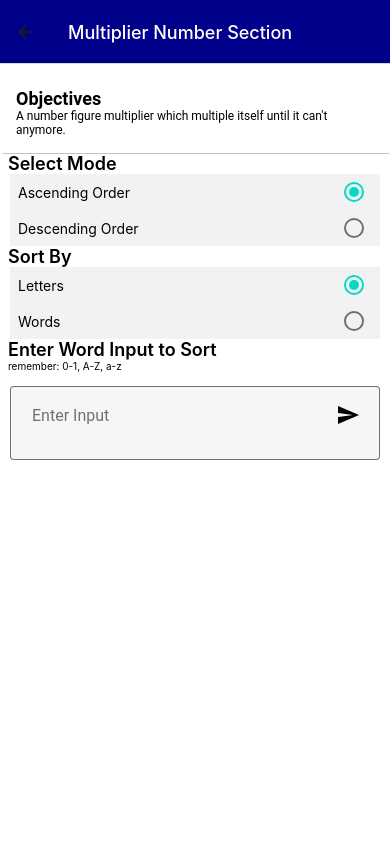
Repository: seyicoded/rn-crazy-algorithm-app
Screen: /Multiplier_number
The author's editor kept a copy of each file at every save. The screen is drawn from the files as they stood at one save, then again after the next save.
The app was drawn by React Native's web renderer in a window 390 px wide. The project was rebuilt for these pictures with package versions that can differ from the ones it lists, and the page was loaded fresh each time. Also part of the build but not shown: src/screens/sort.js, src/screens/filter.js, src/screens/advance.js, src/screens/sorts/Sort_simple_number.js, src/screens/sorts/Sort_alphabet.js, src/screens/filters/Filter_simple_number.js, src/screens/advance/Advance_number.js.

Above is the screen before, as saved 2022-03-30 23:03:21.

After the next save:
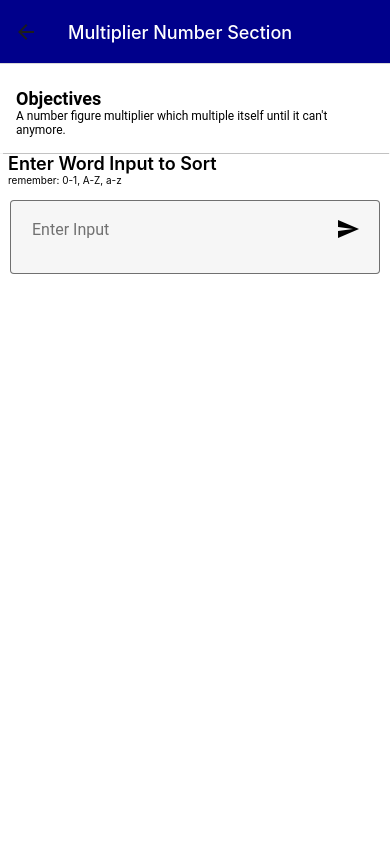
Saved 27 s later.
--- a/src/screens/advance/Multiplier_number.js
+++ b/src/screens/advance/Multiplier_number.js
@@ -88,48 +88,7 @@ export default function Multiplier_number() {
             </Banner>
 
             <Text />
-            <Text style={styles.title_element}>Select Mode</Text>
 
-            <RadioButton.Group onValueChange={newValue => setValue(newValue)} value={value}>
-                <TouchableOpacity onPress={()=>setValue('ascending')}>
-                    <View style={styles.radio}>
-                        <Text>Ascending Order</Text>
-                        <RadioButton value="ascending" />
-                    </View>
-                </TouchableOpacity>
-
-                <TouchableOpacity onPress={()=>setValue('descending')}>
-                    <View style={styles.radio}>
-                        <Text>Descending Order</Text>
-                        <RadioButton value="descending" />
-                    </View>
-                </TouchableOpacity>
-
-
-            </RadioButton.Group>
-
-            <Text />
-            <Text style={styles.title_element}>Sort By</Text>
-
-            <RadioButton.Group onValueChange={byWhat => setbyWhat(byWhat)} value={byWhat}>
-                <TouchableOpacity onPress={()=>setbyWhat('letter')}>
-                    <View style={styles.radio}>
-                        <Text>Letters</Text>
-                        <RadioButton value="letter" />
-                    </View>
-                </TouchableOpacity>
-
-                <TouchableOpacity onPress={()=>setbyWhat('word')}>
-                    <View style={styles.radio}>
-                        <Text>Words</Text>
-                        <RadioButton value="word" />
-                    </View>
-                </TouchableOpacity>
-
-
-            </RadioButton.Group>
-
-            <Text />
             <Text style={styles.title_element}>Enter Word Input to Sort</Text>
             <Text style={{fontSize: 10, marginLeft: 8}}>remember: 0-1, A-Z, a-z</Text>
 
